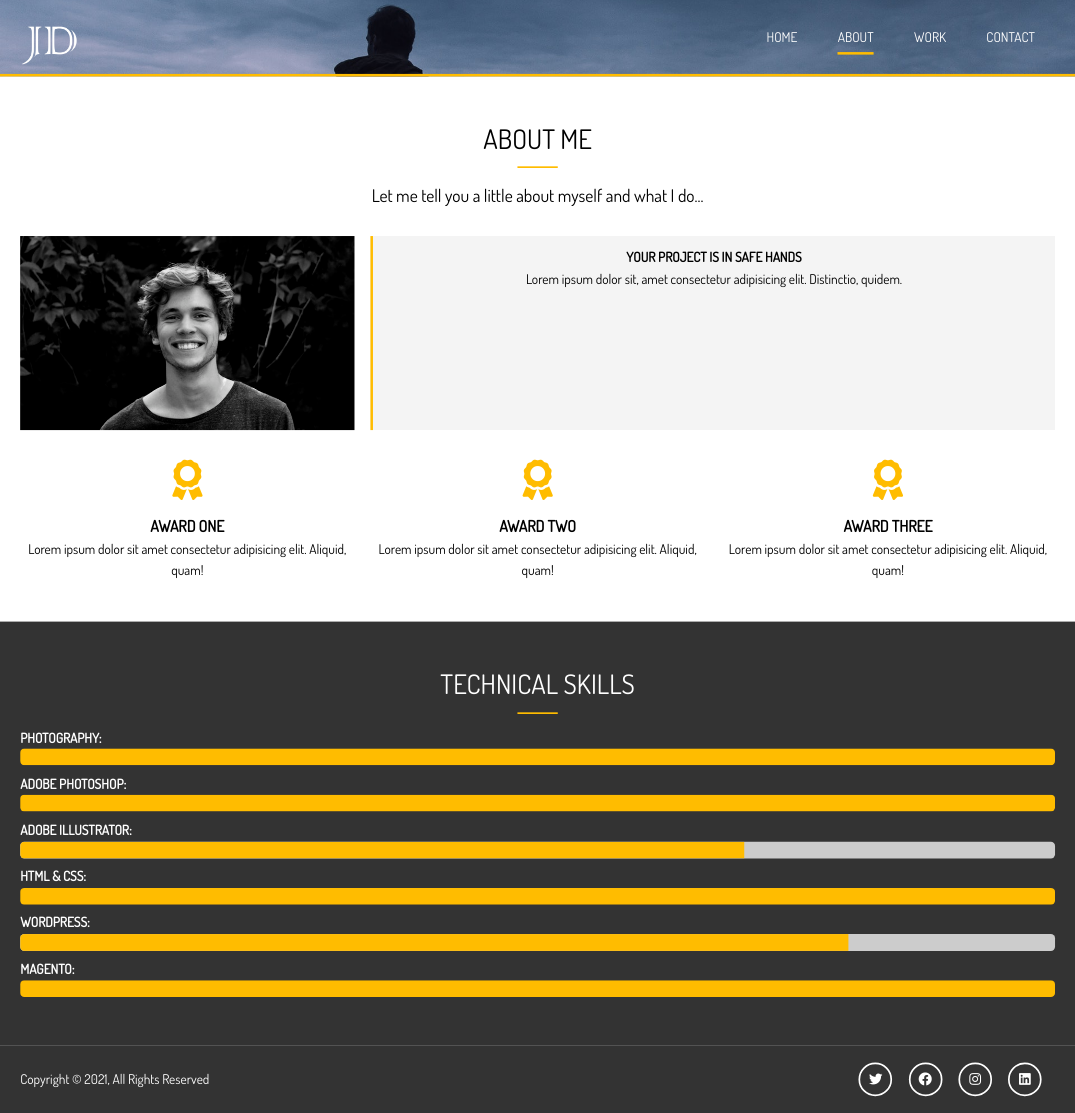
Repository: minhtien9/Portfolio_Website
Page: diet/about.html
An editor plug-in stored every save of this project. The page is shown before and after the next save, followed by the edit.
The browser window is 1280 px wide. The pictures show the whole page, at 84% of full size.

Above is the page before, as saved 2021-08-29 11:57:54.

### diet/about.html
<!DOCTYPE html>
<html lang="en">
  <head>
    <meta charset="UTF-8" />
    <meta http-equiv="X-UA-Compatible" content="IE=edge" />
    <meta name="viewport" content="width=device-width, initial-scale=1.0" />
    <link
      rel="stylesheet"
      href="https://cdnjs.cloudflare.com/ajax/libs/font-awesome/5.15.4/css/all.min.css"
      integrity="sha512-1ycn6IcaQQ40/MKBW2W4Rhis/DbILU74C1vSrLJxCq57o941Ym01SwNsOMqvEBFlcgUa6xLiPY/NS5R+E6ztJQ=="
      crossorigin="anonymous"
      referrerpolicy="no-referrer"
    />
    <link
      href="https://fonts.googleapis.com/css2?family=Dosis&display=swap"
      rel="stylesheet"
    />
    <link rel="stylesheet" href="css/style.css" />
    <title>About Me || UI/UX Designer & Photographer</title>
  </head>
  <body>
    <!-- Header -->
    <header id="header-inner">
      <div class="container">
        <nav id="main-nav">
          <img src="img/logo.png" alt="My Portfolio" id="logo" />
          <ul>
            <li><a href="index.html">Home</a></li>
            <li><a href="about.html" class="current">About</a></li>
            <li><a href="work.html">Work</a></li>
            <li><a href="contact.html">Contact</a></li>
          </ul>
        </nav>
      </div>
    </header>
    <!-- Section A:Info -->
    <section id="about-a" class="text-center py-3">
      <div class="container">
        <h2 class="section-title">About Me</h2>
        <div class="bottom-line"></div>
        <p class="lead">
          Let me tell you a little about myself and what I do...
        </p>
        <div class="about-info">
          <img src="img/about.jpg" alt="" class="bio-image" />
          <div class="bio bg-light">
            <h4>Your Project Is In Safe Hands</h4>
            <p>
              Lorem ipsum dolor sit, amet consectetur adipisicing elit.
              Distinctio, quidem.
            </p>
          </div>
          <div class="award-1">
            <i class="fas fa-award fa-3x"></i>
            <h3>Award One</h3>
            <p>
              Lorem ipsum dolor sit amet consectetur adipisicing elit. Aliquid,
              quam!
            </p>
          </div>
          <div class="award-2">
            <i class="fas fa-award fa-3x"></i>
            <h3>Award Two</h3>
            <p>
              Lorem ipsum dolor sit amet consectetur adipisicing elit. Aliquid,
              quam!
            </p>
          </div>
          <div class="award-3">
            <i class="fas fa-award fa-3x"></i>
            <h3>Award Three</h3>
            <p>
              Lorem ipsum dolor sit amet consectetur adipisicing elit. Aliquid,
              quam!
            </p>
          </div>
        </div>
      </div>
    </section>

    <!-- Section B: Progress Bars -->
    <section id="about-b" class="bg-dark py-3">
      <div class="container">
        <h2 class="section-title">Technical Skills</h2>
        <div class="bottom-line"></div>
        <h4>Photography:</h4>
        <div class="progress">
          <div style="width: 100%"></div>
        </div>
        <h4>Adobe Photoshop:</h4>
        <div class="progress">
          <div style="width: 100%"></div>
        </div>
        <h4>Adobe Illustrator:</h4>
        <div class="progress">
          <div style="width: 70%"></div>
        </div>
        <h4>HTML & CSS:</h4>
        <div class="progress">
          <div style="width: 100%"></div>
        </div>
        <h4>Wordpress:</h4>
        <div class="progress">
          <div style="width: 80%"></div>
        </div>
        <h4>Magento:</h4>
        <div class="progress">
          <div style="width: 100%"></div>
        </div>
      </div>
    </section>

    <!-- Footer -->
    <footer id="main-footer">
      <div class="footer-content container">
        <p>Copyright &copy; 2021, All Rights Reserved</p>
        <div class="social">
          <i class="fab fa-twitter"></i>
          <i class="fab fa-facebook"></i>
          <i class="fab fa-instagram"></i>
          <i class="fab fa-linkedin"></i>
        </div>
      </div>
    </footer>

    <!-- <script src="js/typewriter.js"></script> -->
  </body>
</html>

### diet/css/style.css
.container {
  max-width: 1280px;
  padding: 0 1.5rem;
  margin: auto;
  overflow: hidden;
}

.btn-dark, .btn-light, .btn-main {
  display: inline-block;
  padding: 0.8rem 2rem;
  transition: all 0.5s;
  border: none;
  cursor: pointer;
}

.btn-main {
  color: #333;
  background-color: #ffbc00;
}
.btn-light {
  color: #333;
  background-color: #f4f4f4;
}
.btn-dark {
  color: #f4f4f4;
  background-color: #333;
}

button[class^=btn-]:hover,
a[class^=btn-]:hover,
input[class^=btn-]:hover {
  background-color: #ffbc00;
}

.bg-main {
  background: #ffbc00;
  color: #fff;
}
.bg-dark {
  background: #333;
  color: #fff;
}
.bg-light {
  background: #f4f4f4;
  color: #000;
}
.bg-medium {
  background: #ccc;
  color: #000;
}

.lead {
  font-size: 1.3rem;
  margin-bottom: 2rem;
}

.text-center {
  text-align: center;
}

.py-1 {
  padding: 1rem 0;
}
.py-2 {
  padding: 2rem 0;
}
.py-3 {
  padding: 3rem 0;
}
.py-4 {
  padding: 4rem 0;
}

.ny-1 {
  margin: 1rem 0;
}
.ny-2 {
  margin: 2rem 0;
}
.ny-3 {
  margin: 3rem 0;
}
.ny-4 {
  margin: 4rem 0;
}

.section-title {
  font-size: 2rem;
  display: block;
  padding-bottom: 0.5rem;
  text-align: center;
  font-weight: 100;
  text-transform: uppercase;
}

.bottom-line {
  height: 2px;
  width: 3rem;
  background: #ffbc00;
  display: block;
  margin: 0 auto 1rem auto;
}

.items {
  display: grid;
  grid-template-columns: repeat(3, 1fr);
  box-shadow: 0 5px 10px 0 rgba(0, 0, 0, 0.3);
}

.item {
  position: relative;
  background: #ffbc00;
  overflow: hidden;
}
.item:after {
  content: "";
  position: absolute;
  display: block;
  background: inherit;
  opacity: 0.9;
  top: 0;
  left: 0;
  width: 100%;
  height: 100%;
  transform: scale(2) translateX(-75%) translateY(-75%) rotate(-28deg);
  transition: transform 3s cubic-bezier(0.2, 1, 0.3, 1);
}
.item:hover:after {
  transform: scale(2) translateX(0) translateY(0) rotate(-28deg);
}
.item:hover .item-image {
  transform: scale(1.2);
}
.item:hover .item-text {
  opacity: 1;
  transform: translateY(0);
}
.item-image {
  height: auto;
  transform: translateZ(0);
  display: block;
  transition: transform 750ms cubic-bezier(0.2, 1, 0.3, 1);
}
.item-image:before {
  content: "";
  display: block;
  padding-top: 75%;
  overflow: hidden;
}
.item-image img {
  position: absolute;
  top: 0;
  left: 0;
  width: 100%;
  height: auto;
  line-height: 0;
}
.item-text {
  position: absolute;
  top: 0;
  left: 0;
  bottom: 0;
  right: 0;
  opacity: 0;
  text-align: center;
  z-index: 1;
  color: #fff;
  transform: translateY(-20%);
  transition: opacity 500ms cubic-bezier(0.2, 1, 0.3, 1), transform 500ms cubic-bezier(0.2, 1, 0.3, 1);
  transition-delay: 300ms;
}
.item-text-wrap {
  position: absolute;
  width: 100%;
  top: 50%;
  transform: translateY(-50%);
}
.item-text-title {
  font-size: 2rem;
  padding: 0 1rem;
  margin: 5px 0 0 0;
}
.item-text-category {
  text-transform: uppercase;
  font-size: 1.2rem;
  opacity: 0.7;
  margin: 0;
}

* {
  margin: 0;
  padding: 0;
}

body {
  font-family: "Dosis", sans-serif;
  line-height: 1.6;
  background: #fff;
}

a {
  text-decoration: none;
  color: #333;
}

ul {
  list-style: none;
}

h2,
h3,
h4 {
  text-transform: uppercase;
}

img {
  width: 100%;
}

#logo {
  width: 70px;
  height: 70px;
  color: #fff;
  text-transform: uppercase;
}

#main-nav {
  display: flex;
  justify-content: space-between;
  padding-top: 1rem;
}
#main-nav ul {
  display: flex;
}
#main-nav li {
  padding: 1rem 1.5rem;
}
#main-nav a {
  text-decoration: none;
  color: #fff;
  text-transform: uppercase;
  border-bottom: 3px transparent solid;
  padding-bottom: 0.5rem;
  transition: border-color 0.5s;
}
#main-nav a:hover {
  border-color: #ccc;
}
#main-nav a.current {
  border-color: #ffbc00;
}

#header-home {
  background: url("../img/showcase.jpg") no-repeat center right/cover;
  height: 100vh;
  color: #fff;
}
#header-home .header-content {
  text-align: center;
  padding-top: 20%;
}
#header-home .header-content h1 {
  font-size: 4rem;
  line-height: 1.2;
}
#header-inner {
  background: url("../img/showcase.jpg") no-repeat 20% 30%/cover;
  height: 5.5rem;
  border-bottom: 3px solid #ffbc00;
}

#home-a .specials {
  margin-top: 3rem;
  display: grid;
  grid-gap: 1rem;
  grid-template-columns: repeat(4, 1fr);
}
#home-a .specials .fas {
  color: #ffbc00;
  padding-bottom: 0.4rem;
}
#home-b .stats {
  display: grid;
  grid-template-columns: repeat(4, 1fr);
}
#home-b .stats li {
  line-height: 2;
}
#home-b .stats li.stats-title {
  font-size: 1.5rem;
}
#home-b .stats li.stats-number {
  font-size: 2rem;
  font-weight: bold;
}
#home-b .stats div {
  padding: 3rem 0;
}
#home-b .stats div:nth-child(odd) {
  background: #f4f4f4;
}
#home-b .stats div:nth-child(even) {
  background: #ccc;
}
#home-c .process {
  display: grid;
  grid-template-columns: repeat(4, 1fr);
  grid-gap: 1.5rem;
  text-align: center;
}
#home-c .process-step {
  position: absolute;
  top: 0;
  right: 0;
  font-size: 28px;
  background: #ffbc00;
  color: #fff;
  border-radius: 50%;
  height: 15px;
  width: 15px;
  line-height: 15px;
  padding: 1rem;
  transition: all 1s;
}
#home-c .process-icon {
  border-radius: 50%;
  background: #333;
  color: #fff;
  padding: 2rem;
  width: 70px;
  height: 70px;
  line-height: 70px;
  text-align: center;
  position: relative;
  transition: all 1s;
}
#home-c .process-icon:hover {
  background: #ffbc00;
  width: 90px;
  height: 90px;
  line-height: 90px;
}
#home-c .process-icon:hover .process-step {
  background: #333;
  color: #fff;
}

#about-a .about-info {
  display: grid;
  grid-template-areas: "bioimage bio bio" "aw1 aw2 aw3";
  grid-gap: 1.2rem;
}
#about-a .bio-image {
  grid-area: bioimage;
}
#about-a .bio {
  grid-area: bio;
  border-left: 3px solid #ffbc00;
  padding: 0.8rem;
}
#about-a .award-1 {
  grid-area: aw1;
}
#about-a .award-2 {
  grid-area: aw2;
}
#about-a .award-3 {
  grid-area: aw3;
}
#about-a .award-1 .fas,
#about-a .award-2 .fas,
#about-a .award-3 .fas {
  color: #ffbc00;
  margin: 1rem;
}
#about-b .progress {
  overflow: hidden;
  height: 20px;
  background: #ccc;
  border-radius: 5px;
  margin-bottom: 0.6rem;
}
#about-b .progress div {
  height: 100%;
  color: #fff;
  text-align: center;
  background: #ffbc00;
}
#about-c .about-logos {
  display: grid;
  grid-template-columns: repeat(4, 1fr);
  grid-gap: 2rem;
}
#about-c .about-logos img {
  width: 70%;
}
#about-d .testimonials {
  display: grid;
  grid-template-columns: repeat(4, 1fr);
  grid-gap: 0.5rem;
}
#about-d .testimonials ul {
  list-style: none;
  margin-top: 1rem;
  display: flex;
  align-items: center;
}
#about-d .testimonials p {
  border: 1px solid #ccc;
  border-radius: 5px;
  padding: 0.5rem;
}
#about-d .testimonials img {
  width: 50px;
  height: 50px;
  border-radius: 50%;
  margin-right: 0.5rem;
}

#contact-a .text-fields {
  display: grid;
  grid-template-areas: "name email" "subject phone" "message message";
  grid-gap: 1.2rem;
  margin-bottom: 1.2rem;
}
#contact-a .text-fields .name-input {
  grid-area: name;
}
#contact-a .text-fields .subject-input {
  grid-area: subject;
}
#contact-a .text-fields .email-input {
  grid-area: email;
}
#contact-a .text-fields .phone-input {
  grid-area: phone;
}
#contact-a .text-fields .message-input {
  grid-area: message;
  height: 100px;
}
#contact-a .text-fields .text-input {
  padding: 0.5rem 1rem;
}
#contact-a button[type=submit] {
  width: 50%;
}
#contact-b .contact-info {
  display: grid;
  grid-template-columns: repeat(3, 1fr);
  text-align: center;
}
#contact-c h1 {
  text-align: center;
  font-size: 4rem;
}

#main-footer {
  background: #333;
  color: #fff;
  height: 5rem;
}
#main-footer .footer-content {
  display: flex;
  justify-content: space-between;
  height: 5rem;
  align-items: center;
}
#main-footer .footer-content .social .fab {
  margin-right: 1rem;
  border: 2px solid #fff;
  border-radius: 50%;
  height: 20px;
  width: 20px;
  line-height: 20px;
  text-align: center;
  padding: 0.5rem;
}
#main-footer .footer-content .social .fab:hover {
  background: #ffbc00;
  cursor: pointer;
}

@media (max-width: 800px) {
  #header-home {
    height: 30rem;
  }
  #header-home .header-content {
    padding-top: 5rem;
  }
}
@media (max-width: 500px) {
  #main-nav {
    flex-direction: column;
    align-items: center;
  }
  #main-nav li {
    padding: 1rem;
  }

  #header-home {
    height: 10rem;
    border-bottom: 3px solid #ffbc00;
    background-position: 20% 30%;
  }
  #header-home .header-content {
    display: none;
  }
  #header-inner {
    height: 10rem;
  }

  #home-a .specials,
#home-b .stats,
#home-c .process,
#about-d .testimonials,
#contact-b .contact-info,
.items {
    grid-template-columns: 1fr;
  }

  #home-a .specials div {
    border-bottom: 1px #f4f4f4 solid;
    padding-bottom: 1rem;
  }
  #home-a .specials div:last-child {
    border: none;
    padding-bottom: 0;
  }
  #home-b .stats div {
    padding: 2rem 0 1rem 0;
  }

  #about-a .about-info {
    grid-template-areas: "bioimage" "bio" "aw1" "aw2" "aw3";
  }
  #about-c {
    display: none;
  }

  #contact-a .text-fields {
    grid-template-areas: "name" "subject" "email" "phone" "message";
  }
  #contact-b div {
    margin-bottom: 1rem;
    padding-bottom: 1rem;
    border-bottom: 1px solid #555;
  }
  #contact-b div:last-child {
    border: none;
    margin-bottom: 0;
    padding-bottom: 0;
  }
  #contact-c h1 {
    font-size: 2rem;
  }

  #main-footer {
    height: 7rem;
  }
  #main-footer .footer-content {
    flex-direction: column;
    padding: 1rem;
    height: 5rem;
  }
}
@media (max-height: 580px) {
  #header-home .header-content {
    padding-top: 3rem;
  }
}
@media (max-height: 330px) {
  #header-home .header-content h1 {
    font-size: 2rem;
  }
}

/*# sourceMappingURL=style.css.map */

After the next save:
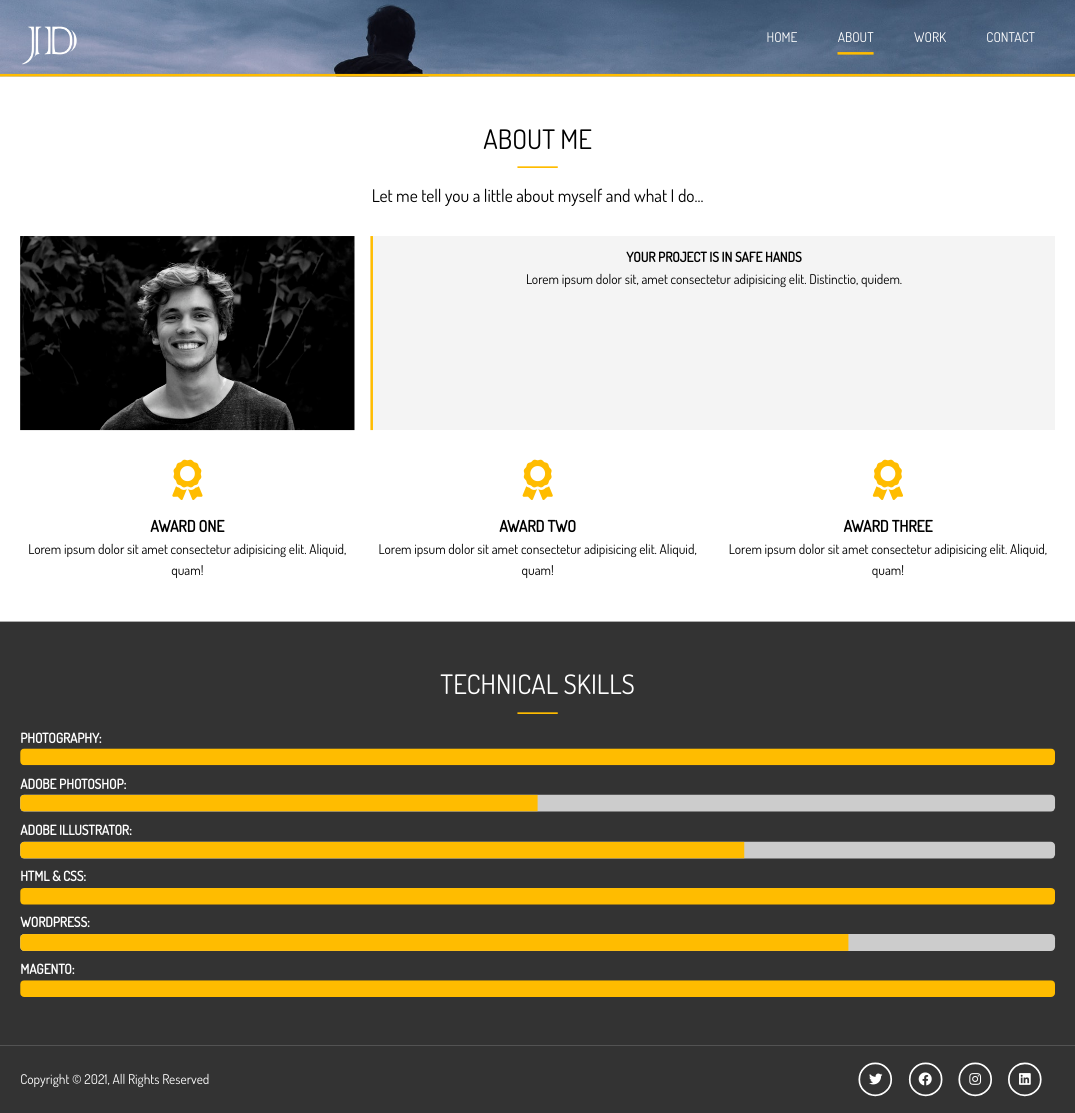
Saved 22 s later.
--- a/diet/about.html
+++ b/diet/about.html
@@ -89,7 +89,7 @@
         </div>
         <h4>Adobe Photoshop:</h4>
         <div class="progress">
-          <div style="width: 100%"></div>
+          <div style="width: 50%"></div>
         </div>
         <h4>Adobe Illustrator:</h4>
         <div class="progress">
